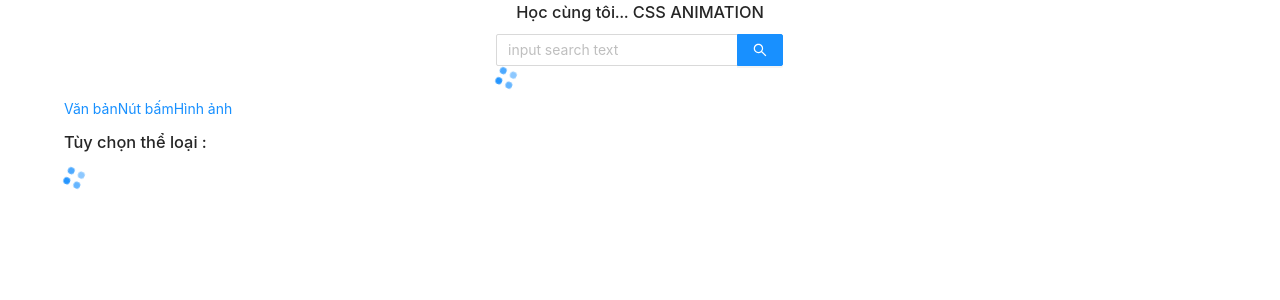
Repository: phuchoa2001/cssanimationNextjs
Page: /
These files come from the project's save history. The page is drawn as it stood at one moment and after the next save; the edit follows.
The browser window is 1280 px wide. The pictures show the whole page.
The page's requests for data from a server got no answer. The project was rebuilt for these pictures with package versions that can differ from the ones it lists, and the page was loaded fresh each time. The framework's server and built-in components were replaced by stand-ins that run in the browser. No one was signed in, and anything a server would have sent is missing. Also part of the build but not shown: next.config.js, components/Item/Item.jsx.

Above is the page before, as saved 2022-09-15 16:28:03.

After the next save:
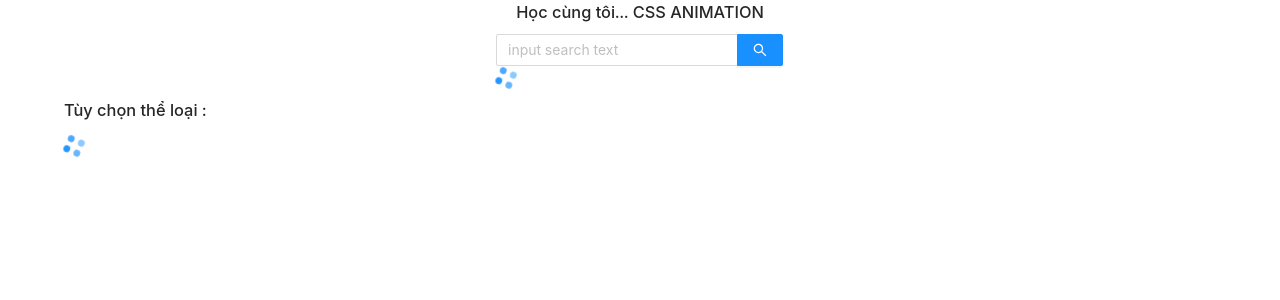
Saved 21 s later.
--- a/pages/index.js
+++ b/pages/index.js
@@ -41,11 +41,6 @@ export default function Home() {
             }
           </div>
         </div>
-        <div className='listLink'>
-          <Link href="#text" className='link'>Văn bản</Link>
-          <Link href="#button" className='link'>Nút bấm</Link>
-          <Link href="#image" className='link'>Hình ảnh</Link>
-        </div>
         <ListCategory />
         {!isloading ?
           <div className="list">
